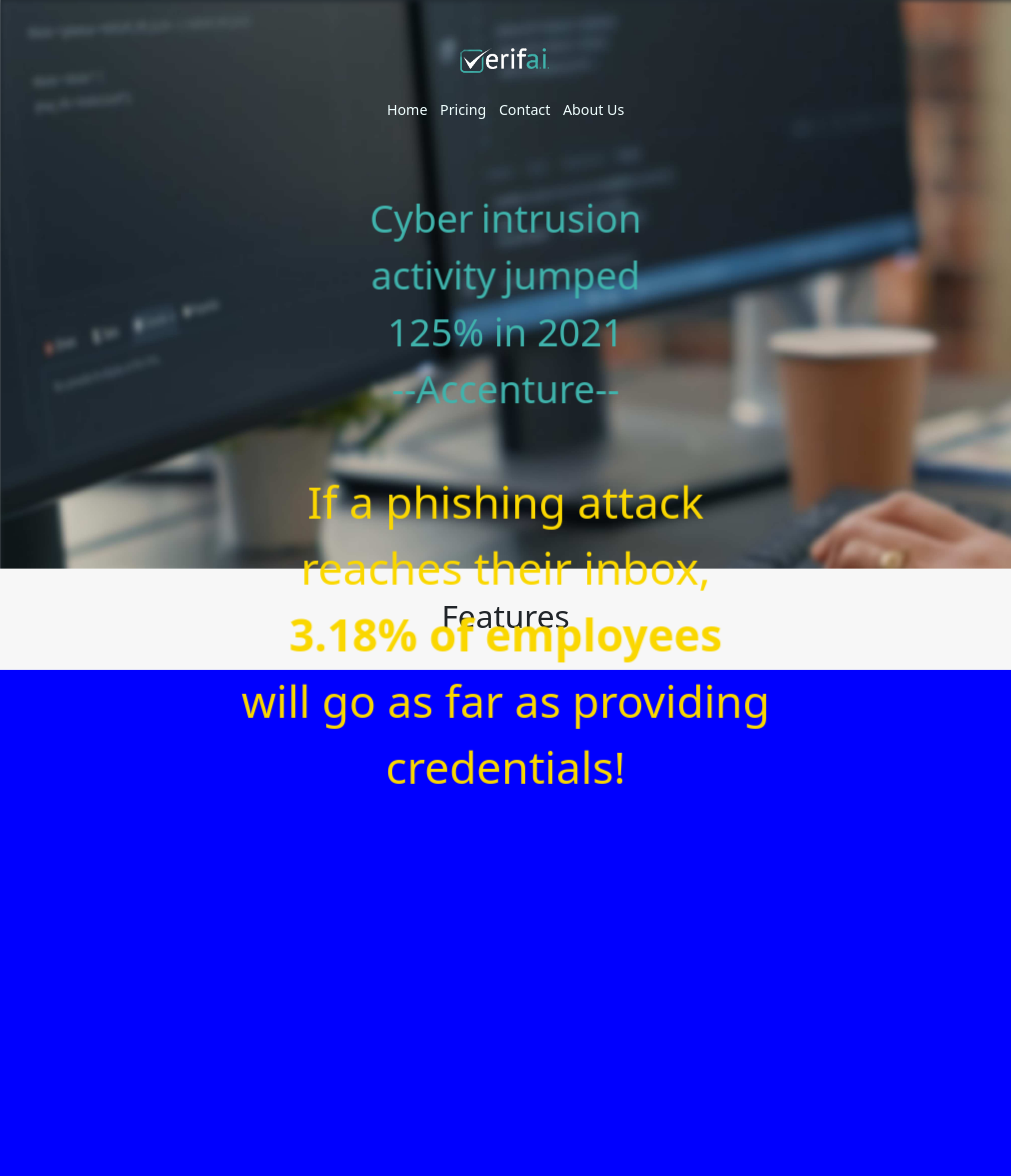
Repository: Ali-VB/verif-website
Page: /
An editor plug-in stored every save of this project. The page is shown before and after a run of saves, followed by the edit.
The browser window is 1280 px wide. The pictures show the whole page, at 79% of full size.
The project was rebuilt for these pictures with package versions that can differ from the ones it lists, and the page was loaded fresh each time.

Above is the page before, as saved 2022-04-19 10:07:15.

After the next 3 saves:
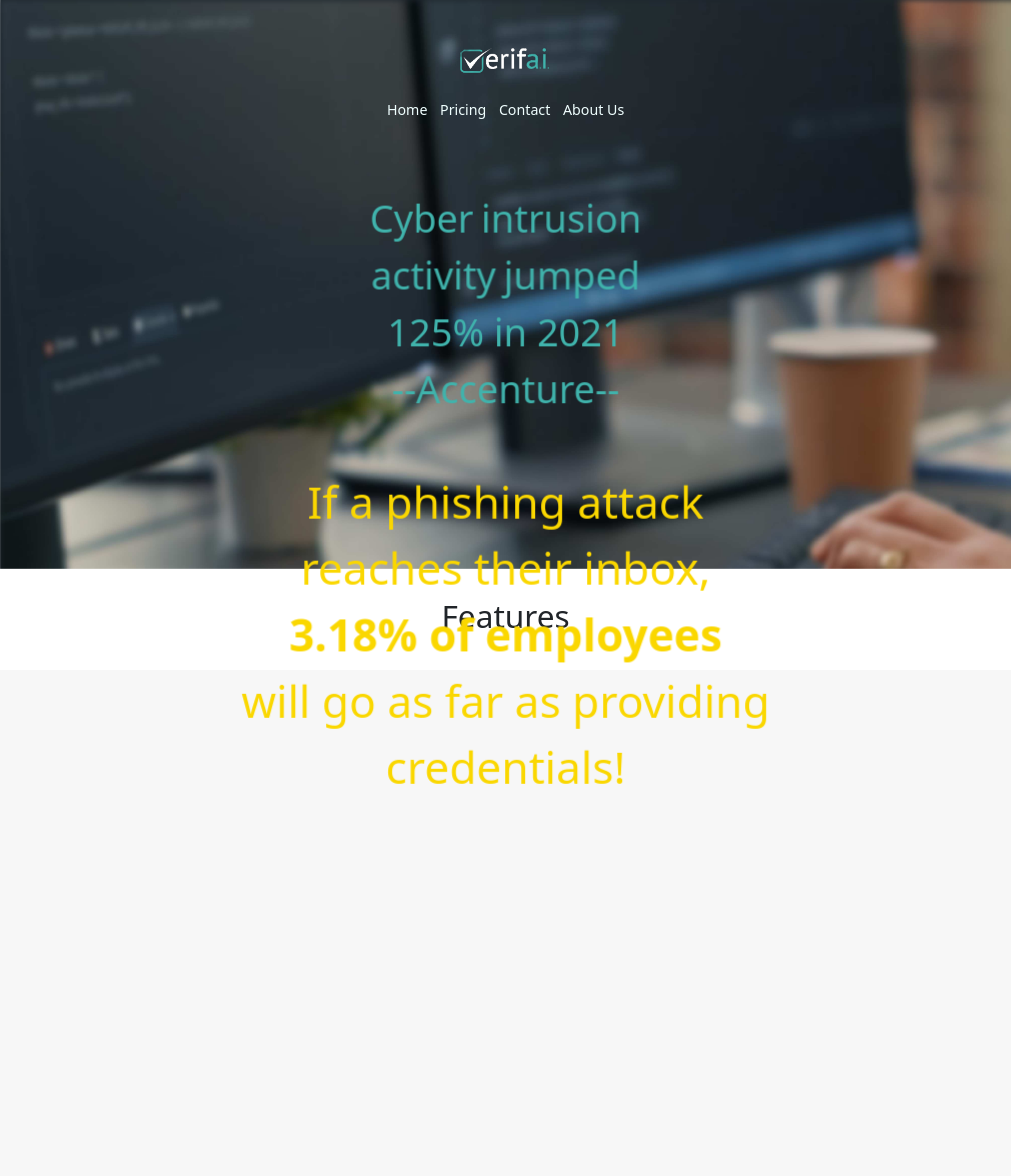
The 3 saves are shown as one change because they came seconds apart.
The last was saved 18 s later.
--- a/src/components/Features/Features.css
+++ b/src/components/Features/Features.css
@@ -1,6 +1,5 @@
 .features-title-section{
     height: 8rem;
-    background-color: #f7f7f7;
     display: flex;
     justify-content: center;
     align-items: center;
@@ -10,5 +9,5 @@
 }
 .features-section{
     height: 40rem;
-    background-color: blue;
+    background-color: #f7f7f7;
 }
